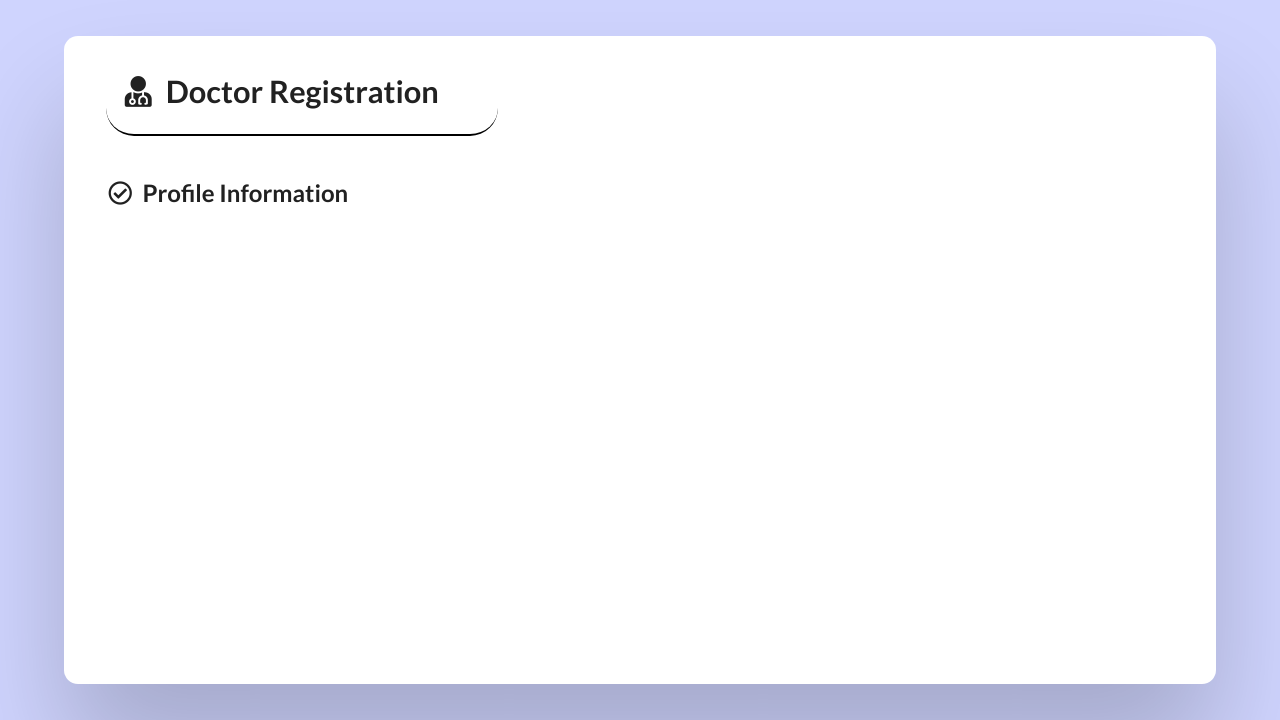
Repository: ajayaj2001/healthcare-digitization
Page: /doctorRegister
The author's editor kept a copy of each file at every save. The page is drawn from the files as they stood at one save, then again after a run of saves.
The browser window is 1280 px wide. The pictures show the whole page.
The project was rebuilt for these pictures with package versions that can differ from the ones it lists, and the page was loaded fresh each time. Also part of the build but not shown: src/component/userType/UserType.scss, src/component/userType/UserType.js, src/component/login/Login.scss, src/component/login/loginForm/LoginForm.scss, src/component/login/loginForm/LoginForm.js, src/component/login/Login.js, src/component/register/Register.scss, src/component/register/registerForm/RegisterForm.scss and 3 more.

Above is the page before, as saved 2021-03-13 11:33:34.

### public/index.html
<!DOCTYPE html>
<html lang="en">

<head>
  <meta charset="utf-8" />
  <meta name="viewport" content="width=device-width, initial-scale=1" />
  <meta name="theme-color" content="#000000" />
  <meta name="description" content="Web site created using create-react-app" />
  <link rel="stylesheet" href="https://fonts.googleapis.com/css?family=Roboto:300,400,500,700&display=swap" />
  <link rel="stylesheet" href="https://fonts.googleapis.com/icon?family=Material+Icons" />

  <!--
      manifest.json provides metadata used when your web app is installed on a
      user's mobile device or desktop. See https://developers.google.com/web/fundamentals/web-app-manifest/
    -->
  <!-- <link rel="manifest" href="%PUBLIC_URL%/manifest.json" /> -->
  <!--
      Notice the use of %PUBLIC_URL% in the tags above.
      It will be replaced with the URL of the `public` folder during the build.
      Only files inside the `public` folder can be referenced from the HTML.

      Unlike "/favicon.ico" or "favicon.ico", "%PUBLIC_URL%/favicon.ico" will
      work correctly both with client-side routing and a non-root public URL.
      Learn how to configure a non-root public URL by running `npm run build`.
    -->
  <title>medical</title>
</head>

<body>
  <noscript>You need to enable JavaScript to run this app.</noscript>
  <div id="root"></div>
  <!--
      This HTML file is a template.
      If you open it directly in the browser, you will see an empty page.

      You can add webfonts, meta tags, or analytics to this file.
      The build step will place the bundled scripts into the <body> tag.

      To begin the development, run `npm start` or `yarn start`.
      To create a production bundle, use `npm run build` or `yarn build`.
    -->
</body>

</html>

### src/index.js
import React from 'react';
import ReactDOM from 'react-dom';
import './index.scss';
import App from './component/app/App';
import 'semantic-ui-css/semantic.min.css'


ReactDOM.render(
  // <React.StrictMode>
    <App />
  // </React.StrictMode>
  ,
  document.getElementById('root')
);

### src/index.scss
code {
  font-family: source-code-pro, Menlo, Monaco, Consolas, "Courier New", monospace;
}
@mixin respond($breakpoint) {
  @if $breakpoint == phone {
    @media (max-width: 37.5em) {
      @content;
    }
  }

  @if $breakpoint == tab-land {
    @media (max-width: 75em) {
      @content;
    }
  }
  @if $breakpoint == tab-port {
    @media (max-width: 56.25em) {
      @content;
    }
  }
  @if $breakpoint == big-desktop {
    @media (min-width: 112.5em) {
      @content;
    }
  }
}

*,
*::after,
*::before {
  margin: 0;
  padding: 0;
  box-sizing: inherit;
}
body {
  font-family: "Lato", sans-serif;
  font-weight: 400;
  font-size: 16px;
  line-height: 1.7;
  color: #777;
  //padding: 30px;
  box-sizing: border-box;
  @include respond(tab-port) {
    padding: 0;
  }
}

html {
  font-size: 62.5%; //1rem=10px 10px/16px=62.5%
  @include respond(tab-land) {
    //width <1200
    font-size: 56.25%; //1rem=9px
  }
  @include respond(tab-port) {
    //<width <900
    font-size: 50%; //1rem=8px
  }
  // @include respond(phone) {
  //     //<width<600
  //     font-size: 40%; //1rem=4.8px
  // }
  @include respond(big-desktop) {
    //>1200
    font-size: 75%; //1rem=12
  }
}

### src/component/app/App.js
import './App.scss';

import UserType from "../userType/UserType";
import Login from '../login/Login';
import Register from '../register/Register';
import { BrowserRouter as Router,Route,Switch } from 'react-router-dom';
import DoctorRegister from '../doctorRegister/DoctorRegister';

function App() {
  return (
    <Router>
       <Switch>
          <Route path="/login">
           <Login/>
          </Route>
          <Route path="/register">
           <Register/>
          </Route>
          <Route path="/doctorRegister">
            <DoctorRegister/>
          </Route>
          <Route path="/">
            <UserType/>
          </Route>

        </Switch>
    {/* <div className="App">
    </div> */}
    </Router>
  );
}

export default App;

### src/component/doctorRegister/DoctorRegister.js
import React from 'react'
import './DoctorRegister.scss'
import DoctorRegisterForm from './doctorRegisterForm/DoctorRegisterForm'
import {  Icon } from 'semantic-ui-react'

const DoctorRegister = () => {
    return (
        <div className="doctorRegister__container">
            <div className="doctorRegister__main">
                <h1 className="doctorRegister__heading"><Icon name="user doctor"/> Doctor Registration</h1>
                <div ><h2><Icon name="check circle outline"/> Profile Information</h2></div>
                <DoctorRegisterForm/>
            </div>
        </div>
    )
}

export default DoctorRegister

### src/component/doctorRegister/DoctorRegister.scss
.doctorRegister{
    &__container{
        margin: 0;
        background-color: #cfd4fe;
        height: 100vh;
        display: flex;
        justify-content: center;
        align-items: center;
    }
    &__main{
        background-color: white;
        width: 90%;
        height: 90%;
        border-radius: 1rem;
        align-items: center;
        overflow: hidden;
        box-shadow: 0 5rem 8rem rgba(black, 0.2);
        padding: 1rem 0rem 0rem 3rem;
    }
   &__heading{
       font-size: 2.2rem;
       margin: 0rem 0rem 3rem 0rem;
       padding-left: 1rem;
       line-height: 6rem;
       border-bottom: .2rem solid black;
       width: 28rem;
       border-radius: 2rem;

   }
}

### src/component/doctorRegister/doctorRegisterForm/DoctorRegisterForm.js
import React from 'react'
import { Icon } from 'semantic-ui-react'
import './DoctorRegisterForm.scss'
const DoctorRegisterForm = () => {
    return (
        <div className="doctorRegisterForm">

        </div>
    )
}

export default DoctorRegisterForm

Loaded but not shown: src/component/app/App.scss (no stored copy; drawn as an empty file)

After the next 3 saves:
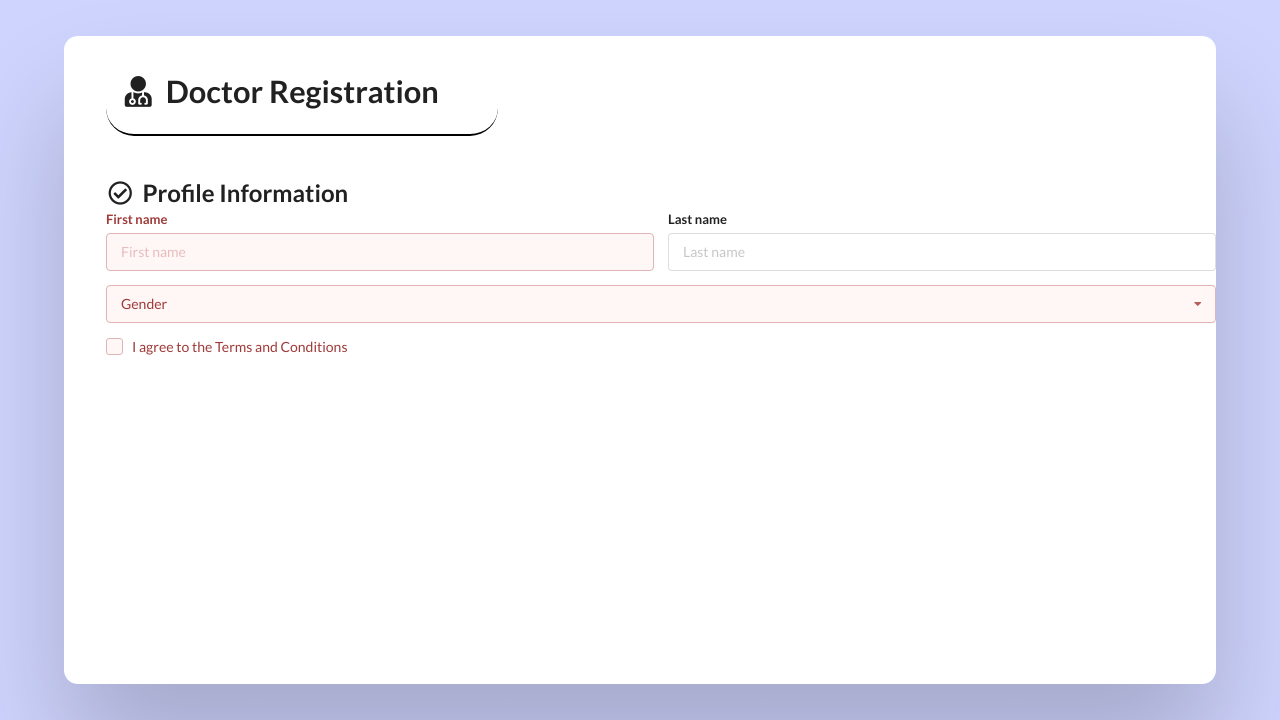
The 3 saves are shown as one change because 2 did not build or start.
The last was saved 3 min 23 s later.
--- a/src/component/doctorRegister/doctorRegisterForm/DoctorRegisterForm.js
+++ b/src/component/doctorRegister/doctorRegisterForm/DoctorRegisterForm.js
@@ -1,10 +1,24 @@
 import React from 'react'
-import { Icon } from 'semantic-ui-react'
+import { Icon ,Form} from 'semantic-ui-react'
 import './DoctorRegisterForm.scss'
+
+const options = [
+    { key: 'm', text: 'Male', value: 'male' },
+    { key: 'f', text: 'Female', value: 'female' },
+    { key: 'o', text: 'Other', value: 'other' },
+  ]
+
 const DoctorRegisterForm = () => {
     return (
         <div className="doctorRegisterForm">
-
+            <Form>
+    <Form.Group widths='equal'>
+      <Form.Input fluid label='First name' placeholder='First name' error />
+      <Form.Input fluid label='Last name' placeholder='Last name' />
+    </Form.Group>
+    <Form.Select options={options} placeholder='Gender' error />
+    <Form.Checkbox label='I agree to the Terms and Conditions' error />
+  </Form>
         </div>
     )
 }
